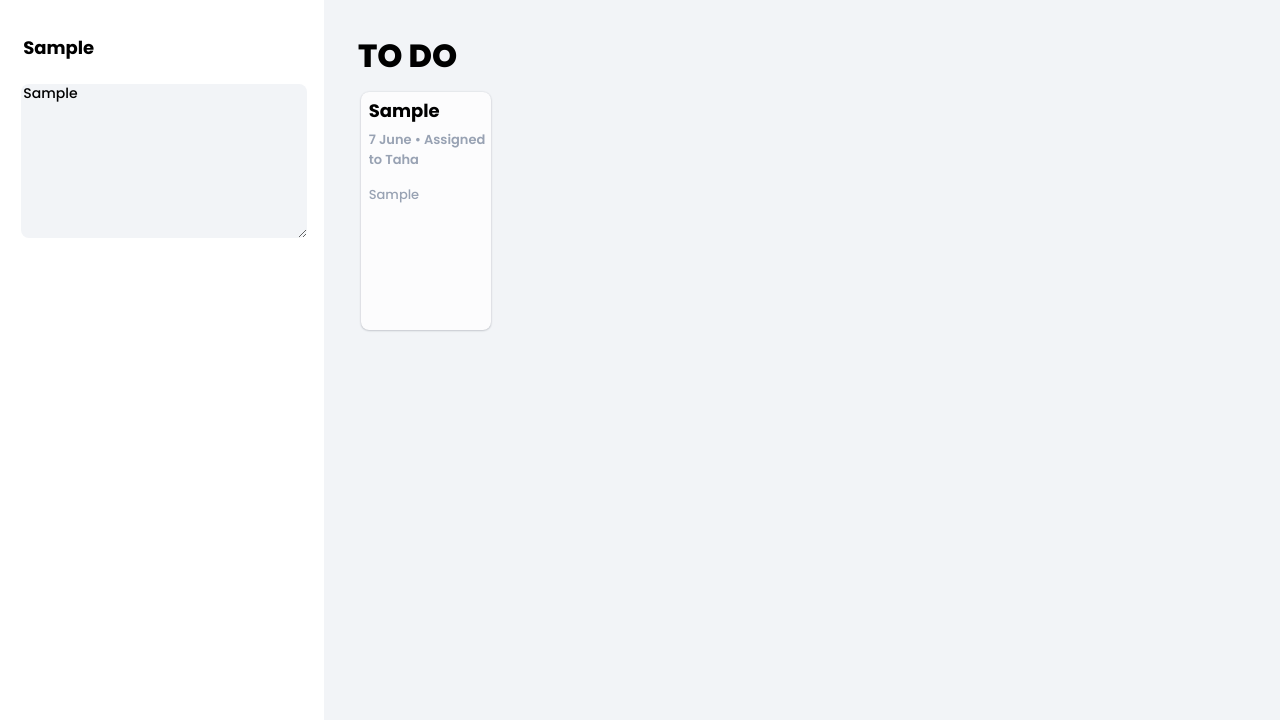
Repository: ReyhanehRahmani/TO-DO
Page: index.html
An editor plug-in stored every save of this project. The page is shown before and after the next save, followed by the edit.
The browser window is 1280 px wide. The pictures show the whole page.
Empty fields were first filled with sample values (such as "Sample", 5 or name@example.com).
After loading, the first visible `#creatbut` was clicked once.
Some web fonts or font styles are not loaded; a fallback is used.

Above is the page before, as saved 2025-06-08 13:03:42.

After the next save:
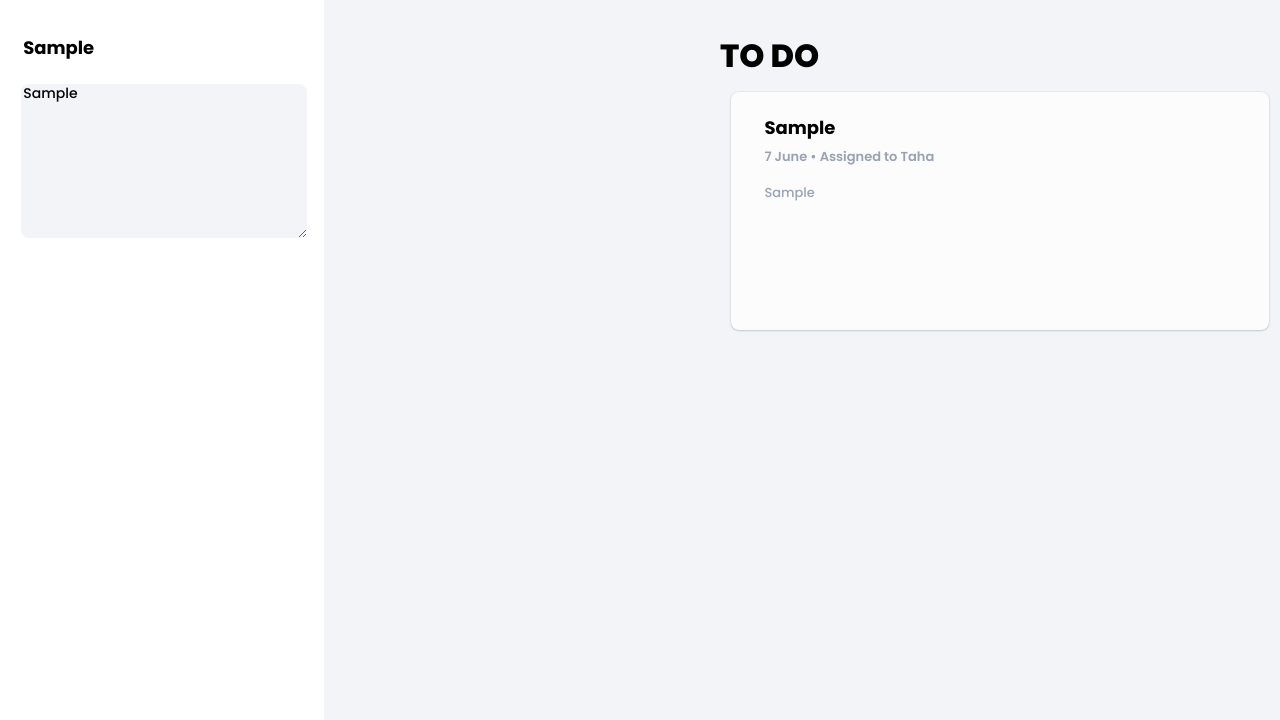
Saved 35 s later.
--- a/style.css
+++ b/style.css
@@ -283,10 +283,11 @@ body, html {
 
 }
 
-.cardsContainer{
+#cardsContainer{
     justify-content: center;
     margin-left: 20%;
-
+    overflow-y: auto;
+    flex-grow: 1;
 
 
 }
